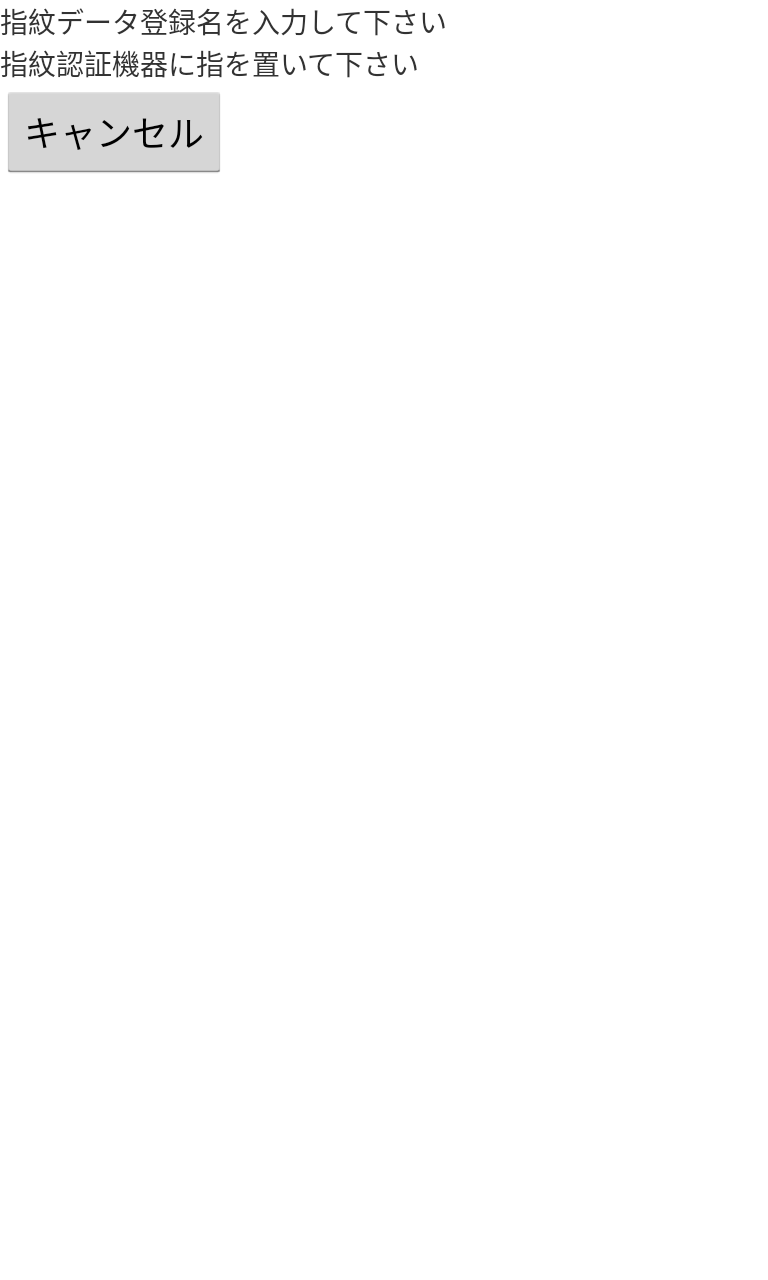
Repository: takuito/app_test
Layout: FiSBA/res/layout/fingerprint_registrationentry.xml
The author's editor kept a copy of each file at every save. The layout is drawn from the files as they stood at one save, then again after the next save.
It is drawn on a 768 x 1280 px phone screen (xhdpi) without system bars, with theme AppTheme; the app's code is not run.

Above is the layout before, as saved 2013-11-28 17:08:57.

After the next save:
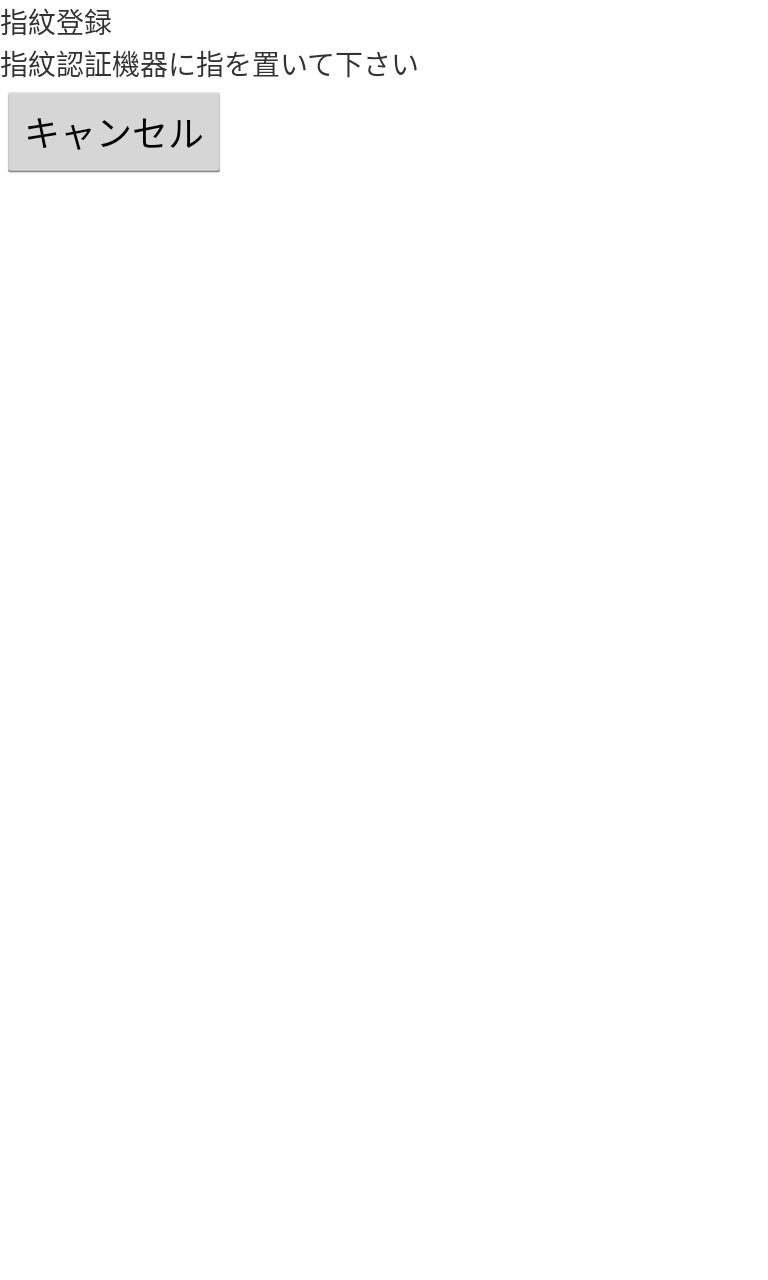
Saved 40 s later.
--- a/FiSBA/res/layout/fingerprint_registrationentry.xml
+++ b/FiSBA/res/layout/fingerprint_registrationentry.xml
@@ -8,7 +8,7 @@
     <TextView
         android:layout_width="wrap_content"
         android:layout_height="wrap_content"
-        android:text="@string/registrationentry_text"/>
+        android:text="@string/registrationentry"/>
 
     <TextView
         android:layout_width="wrap_content"
